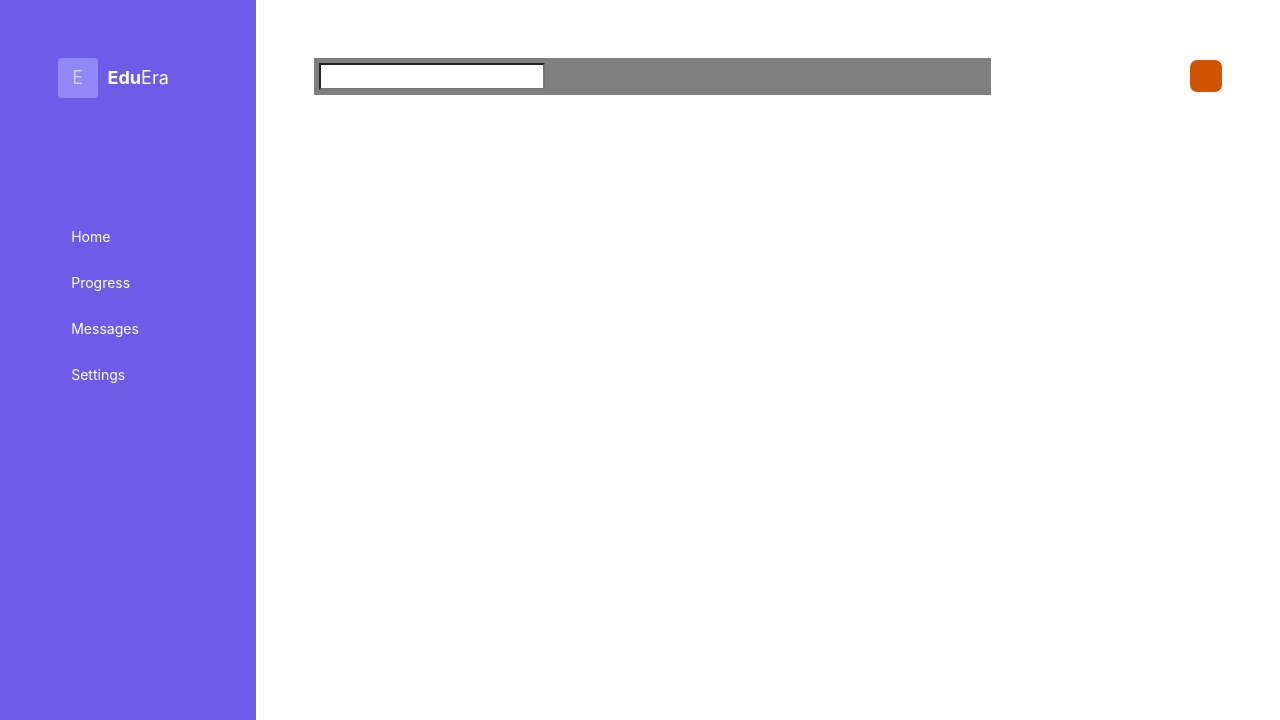
Repository: huynhnt1406/coursestorage
Page: / (app in coursestorage/)
These files come from the project's save history. The page is drawn as it stood at one moment and after the next save; the edit follows.
The browser window is 1280 px wide. The pictures show the whole page.
The project was rebuilt for these pictures with package versions that can differ from the ones it lists, and the page was loaded fresh each time.

Above is the page before, as saved 2021-05-01 16:46:01.

### coursestorage/src/main.js
import Vue from 'vue'
import App from './App.vue'
import 'ant-design-vue/dist/antd.css'
import Antd from 'ant-design-vue';
Vue.config.productionTip = false
Vue.use(Antd);
new Vue({
  render: h => h(App),
}).$mount('#app')

### coursestorage/src/App.vue
<template>
  <div class="container">
    <div class="sidebar">
      <Sidebar/>
    </div>
    <div class="main">
      <SearchBar/>
    </div>
  </div>
</template>

<script>
import Sidebar from './components/Sidebar'
import SearchBar from './components/SearchBar'
export default {
  components:{
    Sidebar,
    SearchBar
  }
}
</script>

<style>
*{
  margin:0
}
.container{
  background-color:white;
  min-height: 100vh;
  display: flex;
}
.main{
  flex:0.8;
}
</style>

### coursestorage/src/components/Sidebar.vue
<template>
  <div class="sidebar">
      <div class="sidebar-header">
          <a-avatar shape="square" size="large" style="backgroundColor:#a29bfe ; opacity:0.7 ; marginRight:10px">E</a-avatar>
          <span><strong>Edu</strong>Era</span>
      </div>
      <div class="sidebar-links">
          <div class="link">
              <a-icon style="color:#a29bfe ; opacity:0.7" type="appstore"/>
              <span>Home</span>
          </div>
           <div class="link">
               <a-icon style="color:#a29bfe ; opacity:0.7" type="bar-chart" />
              <span>Progress</span>
          </div>
           <div class="link">
               <a-icon style="color:#a29bfe ; opacity:0.7" type="message" />
                <span>Messages</span>
          </div>
           <div class="link">
                <a-icon style="color:#a29bfe ; opacity:0.7" type="setting" />
              <span>Settings</span>
          </div>
      </div>
  </div>
</template>

<script>
export default {

}
</script>

<style>
.sidebar{
    flex:0.2;
    background-color:#6c5ce7;
}
.sidebar-header{
    display: flex;
    align-items: center;
    padding:8vh 0 8vh 8vh
}
.sidebar-header span{
    color:white;
    font-size: large;
}
.sidebar-links{
    padding:8.5vh;
}
.link{
    display: flex;
    margin-bottom:5px;
    align-items: center;
    padding:10px 0 10px 0;
    color:white;
}
.link span{
    margin-left:10px;
}
.link:hover{
    color:#d35400;
    cursor: pointer;
}
</style>

### coursestorage/src/components/SearchBar.vue
<template>
  <div class="searchbar">
    <div class="search-tool">
        <a-icon type="search" />
        <input type="text" >
    </div>
    <div class="icons">
        <a-avatar shape="square" icon="user" type="user" size="40px" style="color:black ;backgroundColor:white; border-radius:7px "  />
        <a-avatar shape="square" size="40px" style="backgroundColor:#d35400 ;border-radius:7px " icon="fire" />
    </div>
  </div>
</template>

<script>
export default {

}
</script>

<style>
.searchbar{
    padding:8vh;
    display: flex;
    justify-content: space-between;
    align-items: center;
    flex:1;
}
.search-tool {
    background-color: gray;
    padding:5px;
    flex:0.8;
}
</style>

Loaded but not shown: coursestorage/public/index.html (common file)

After the next save:
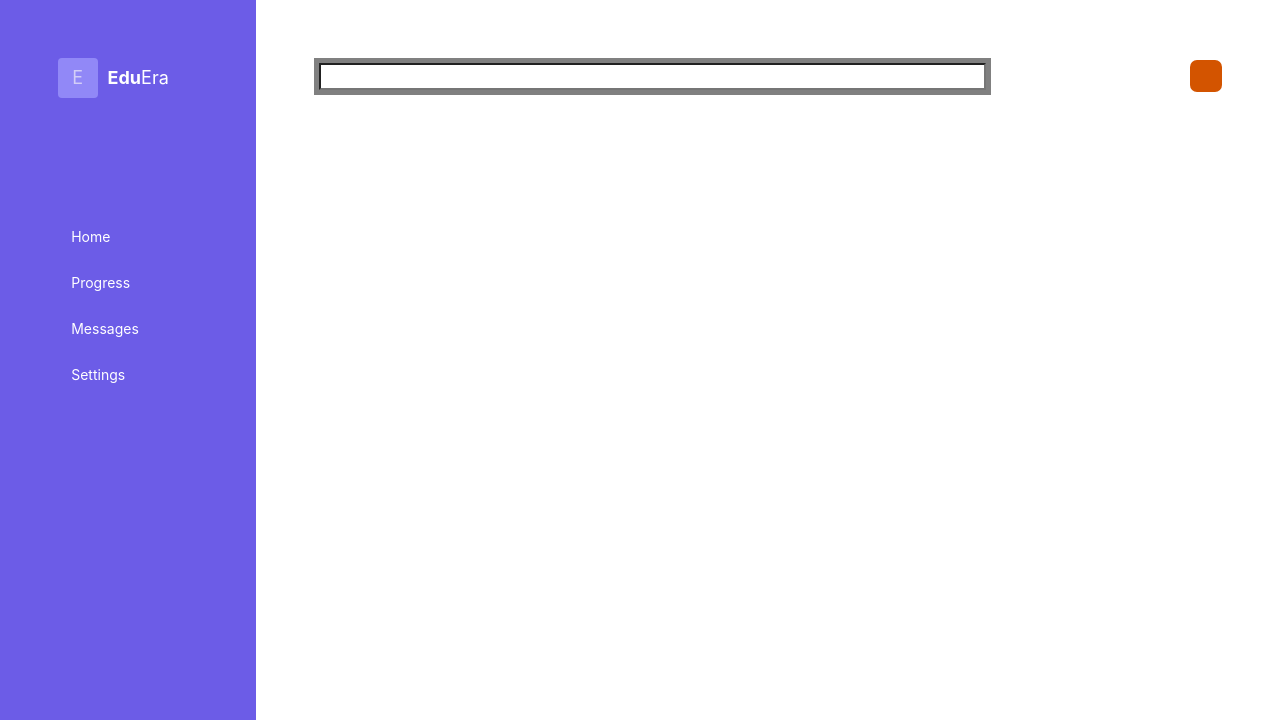
Saved 20 s later.
--- a/coursestorage/src/components/SearchBar.vue
+++ b/coursestorage/src/components/SearchBar.vue
@@ -30,4 +30,7 @@
     padding:5px;
     flex:0.8;
 }
+.search-tool input{
+    width: 100%;
+}
 </style>

After the 2 saves that followed:
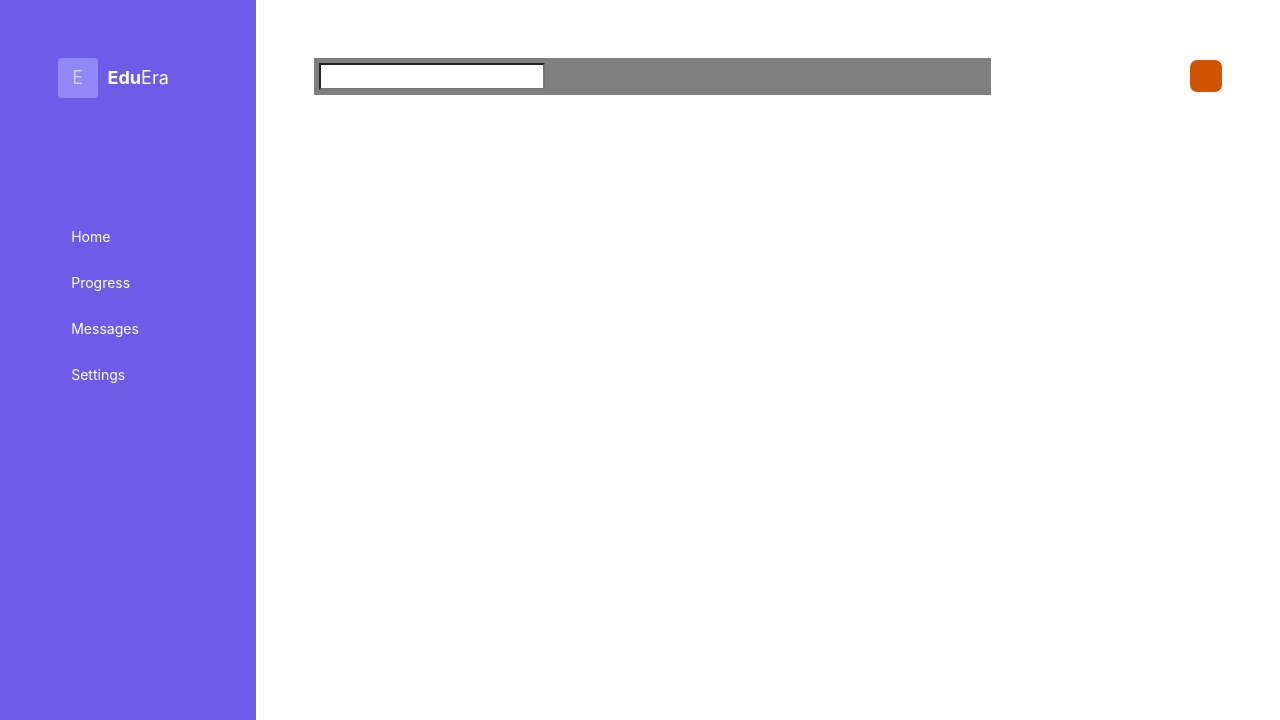
The 2 saves are shown as one change because they came seconds apart.
The last was saved 13 s later.
--- a/coursestorage/src/components/SearchBar.vue
+++ b/coursestorage/src/components/SearchBar.vue
@@ -31,6 +31,6 @@
     flex:0.8;
 }
 .search-tool input{
-    width: 100%;
+    flex:0.8;
 }
 </style>
